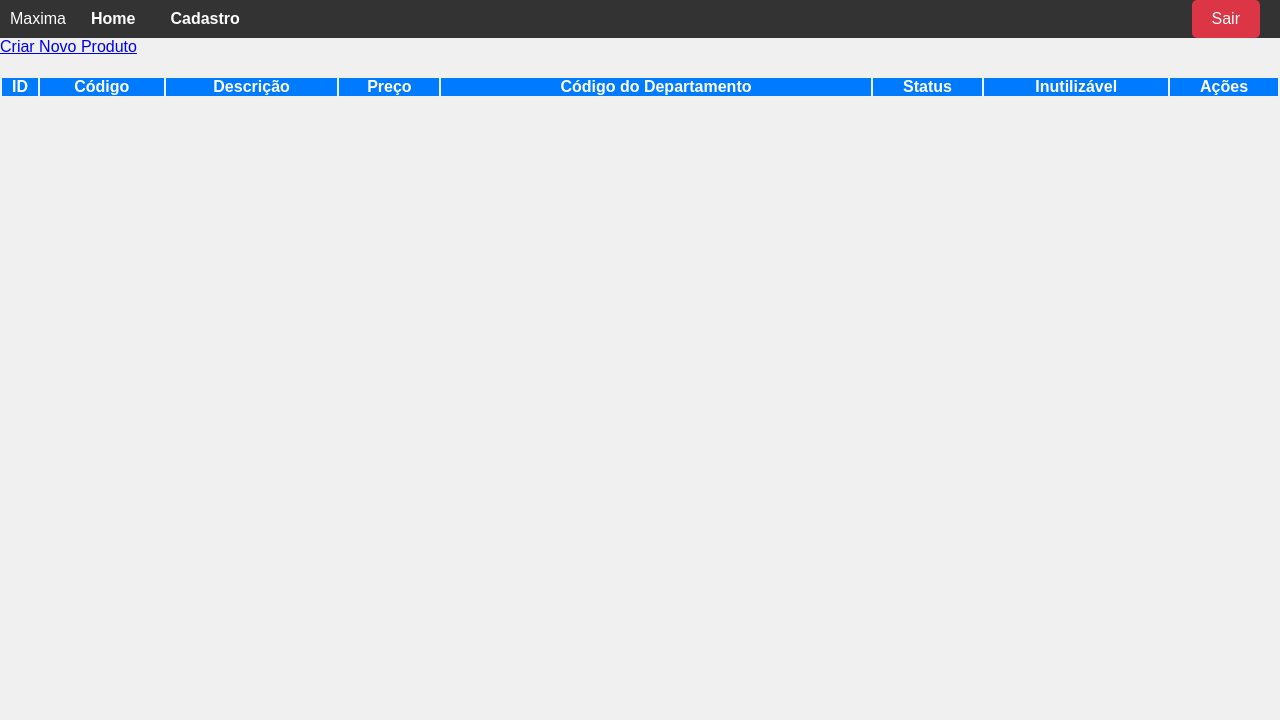
Repository: LucasMontalvao1/ProjetoMaxima
Page: /produto (app in AngularMaxima/)
These files come from the project's save history. The page is drawn as it stood at one moment and after the next save; the edit follows.
The browser window is 1280 px wide. The pictures show the whole page.
The page's requests for data from a server got no answer. The project was rebuilt for these pictures with package versions that can differ from the ones it lists, and the page was loaded fresh each time. No one was signed in, and anything a server would have sent is missing. Also part of the build but not shown: AngularMaxima/angular.json, AngularMaxima/src/app/pages/login/login.component.ts, AngularMaxima/src/app/pages/home/home.component.ts.

Above is the page before, as saved 2024-07-14 19:49:10.

### AngularMaxima/src/index.html
<!doctype html>
<html lang="en">
<head>
  <meta charset="utf-8">
  <title>AngularMaxima</title>
  <base href="/">
  <meta name="viewport" content="width=device-width, initial-scale=1">
  <link rel="icon" type="image/x-icon" href="favicon.ico">
</head>
<body>
  <app-root></app-root>
</body>
</html>

### AngularMaxima/src/styles.css
* {
  margin: 0;
  padding: 0;
  box-sizing: border-box;
}

body {
  font-family: Arial, sans-serif;
  background-color: #f0f0f0;
}

.container {
  display: flex;
  flex-direction: column;
  justify-content: space-between;
  min-height: 100vh;
}

### AngularMaxima/src/app/app.module.ts
import { NgModule } from '@angular/core';
import { BrowserModule } from '@angular/platform-browser';

import { AppRoutingModule } from './app-routing.module';
import { AppComponent } from './app.component';
import { LoginComponent } from './pages/login/login.component';
import { ReactiveFormsModule } from '@angular/forms';
import { HttpClientModule } from '@angular/common/http';
import { AuthService } from './services/auth.service';
import { HomeComponent } from './pages/home/home.component';
import { MenuComponent } from './layout/menu/menu.component';
import { FooterComponent } from './layout/footer/footer.component';
import { ProdutosComponent } from './pages/produto/produto.component';

@NgModule({
  declarations: [
    AppComponent,
    LoginComponent,
    HomeComponent,
    MenuComponent,
    FooterComponent,
    ProdutosComponent,

  ],
  imports: [
    BrowserModule,
    AppRoutingModule,
    ReactiveFormsModule,
    HttpClientModule
  ],
  providers: [AuthService],
  bootstrap: [AppComponent]
})
export class AppModule { }

### AngularMaxima/src/app/app-routing.module.ts
import { NgModule } from '@angular/core';
import { RouterModule, Routes } from '@angular/router';
import { LoginComponent } from './pages/login/login.component';
import { HomeComponent } from './pages/home/home.component';
import { ProdutosComponent } from './pages/produto/produto.component';

const routes: Routes = [
  { path: '', redirectTo: '/login', pathMatch: 'full'},
  { path: 'login', component: LoginComponent},
  { path: 'home', component: HomeComponent},
  { path: 'produto', component: ProdutosComponent},
  { path: 'home', component: HomeComponent},
];

@NgModule({
  imports: [RouterModule.forRoot(routes)],
  exports: [RouterModule]
})
export class AppRoutingModule { }

### AngularMaxima/src/app/app.component.ts
import { Component } from '@angular/core';

@Component({
  selector: 'app-root',
  templateUrl: './app.component.html',
  styleUrls: ['./app.component.css']
})
export class AppComponent {
  title = 'AngularMaxima';
}

### AngularMaxima/src/app/services/auth.service.ts
import { Injectable } from '@angular/core';
import { HttpClient } from '@angular/common/http';
import { Observable } from 'rxjs';
import { environment } from '../../../src/environments/environment';
import { Router } from '@angular/router';

@Injectable({
  providedIn: 'root'
})
export class AuthService {

  private apiUrl = environment.apiUrl;

  constructor(private http: HttpClient, private router: Router) { }

  login(username: string, password: string): Observable<any> {
    const body = { username, password };
    return this.http.post<any>(`${this.apiUrl}/login`, body, { responseType: 'text' as 'json' });
  }

    logout() {
    this.router.navigate(['/login']);
    }
}

### AngularMaxima/src/app/layout/menu/menu.component.ts
import { Component } from '@angular/core';
import { AuthService } from '../../services/auth.service';

@Component({
  selector: 'app-menu',
  templateUrl: './menu.component.html',
  styleUrls: ['./menu.component.css']
})
export class MenuComponent {

  constructor(private authService: AuthService) {}

  logout() {
    this.authService.logout();
  }
}

### AngularMaxima/src/app/pages/produto/produto.component.ts
// produtos.component.ts

import { Component, OnInit } from '@angular/core';
import { Produto } from '../../models/produto.model';
import { ProdutoService } from '../../services/produto.service';

@Component({
  selector: 'app-produtos',
  templateUrl: './produto.component.html',
  styleUrls: ['./produto.component.css']
})
export class ProdutosComponent implements OnInit {
  produtos: Produto[] = []; // Inicializando a propriedade produtos como um array vazio

  constructor(private produtoService: ProdutoService) { }

  ngOnInit(): void {
    this.loadProdutos();
  }

  loadProdutos(): void {
    this.produtoService.getAllProdutos().subscribe(
      (data: Produto[]) => {
        this.produtos = data;
      },
      (error) => {
        console.error('Erro ao carregar produtos:', error);
      }
    );
  }

  buscarProdutoPorId(id: number): void {
    this.produtoService.getProdutoById(id).subscribe(
      (produto: Produto) => {
        console.log('Produto encontrado:', produto);
        // Aqui você pode implementar lógica para lidar com o produto encontrado
      },
      (error) => {
        console.error('Erro ao buscar produto por ID:', error);
      }
    );
  }


  criarProduto(): void {
    const novoProduto: Produto = {
      codigo: 'NovoCodigo',
      descricao: 'Nova Descrição',
      preco: 0,
      departamentoCodigo: '001',
      status: 0,
      inutilizavel: 0
    };

    this.produtoService.createProduto(novoProduto).subscribe(
      (response: Produto) => {
        console.log('Produto criado com sucesso:', response);
        this.loadProdutos(); // Recarrega a lista de produtos após criar um novo
      },
      (error) => {
        console.error('Erro ao criar produto:', error);
      }
    );
  }

  editarProduto(id: number): void {
    // Implemente conforme necessário, utilizando o serviço ProdutoService
    // Exemplo de uso: this.produtoService.updateProduto(id, produto).subscribe(...)
  }

  detalhesProduto(id: number): void {
    // Implemente conforme necessário, utilizando o serviço ProdutoService
    // Exemplo de uso: this.produtoService.getProdutoById(id).subscribe(...)
  }

  excluirProduto(id: number): void {
    if (confirm('Tem certeza que deseja apagar este produto?')) {
      this.produtoService.deleteProduto(id).subscribe(
        () => {
          console.log('Produto excluído com sucesso.');
          this.loadProdutos(); // Recarrega a lista de produtos após excluir um produto
        },
        (error) => {
          console.error('Erro ao apagar produto:', error);
        }
      );
    }
  }
}

### AngularMaxima/src/environments/environment.ts
export const environment = {
  production: false,
  apiUrl: 'https://localhost:7041'
};

### AngularMaxima/src/app/layout/menu/menu.component.html
<div class="menu-container">
  <nav class="menu">
    <ul>
      <li>Maxima</li>
      <li><a routerLink="/home">Home</a></li>
      <li class="cadastro">
        <a href="#">Cadastro</a>
        <div class="submenu">
          <a routerLink="/produto">Produtos</a>
          <a routerLink="/departamento">Departamentos</a>
        </div>
      </li>
    </ul>
  </nav>

  <div class="user-actions">
    <button class="logout-button" (click)="logout()">Sair</button>
  </div>
</div>

### AngularMaxima/src/app/layout/menu/menu.component.css
/* styles.css (ou menu.component.css) */

.menu {
  background-color: #333;
  color: white;
  padding: 10px;
  display: flex;
  justify-content: space-between;
  align-items: center;
  position: relative; /* Adicionado para posicionamento absoluto do submenu */
  width: 100%;
}

.menu ul {
  list-style-type: none;
  display: flex;
}

.menu ul li {
  margin-right: 15px;
  position: relative; /* Adicionado para posicionamento absoluto do submenu */
}

.menu ul li a {
  color: white;
  text-decoration: none;
  font-weight: bold;
  padding: 10px;
  position: relative;
}

.menu ul li a:hover {
  text-decoration: underline;
}

.submenu {
  display: none;
  position: absolute;
  background-color: #333;
  padding: 10px;
  top: 100%; /* Posiciona o submenu abaixo do item de menu */
  left: 0;
  z-index: 1; /* Garante que o submenu apareça sobre outros elementos */
}

.menu ul li.cadastro:hover .submenu {
  display: block; /* Mostra o submenu quando o mouse passa sobre o item de menu */
}

.user-actions {
  margin-left: auto;
}

.logout-button {
  background-color: #dc3545;
  color: white;
  border: none;
  padding: 10px 20px;
  border-radius: 5px;
  cursor: pointer;
  font-size: 1rem;
}

.logout-button:hover {
  background-color: #c82333;
}

.header {
  position: fixed;
  top: 0;
  left: 0;
  width: 100%;
  background-color: #333;
  color: white;
  padding: 10px 20px;
  display: flex;
  justify-content: space-between;
  align-items: center;
}

.menu-container {
  display: flex;
  align-items: center; /* Ajuste para centralizar verticalmente */
}

.user-actions {
  position: absolute;
  top: 0;
  right: 20px; /* Ajuste a margem direita conforme necessário */
}

### AngularMaxima/src/app/pages/produto/produto.component.html
<app-menu></app-menu>
<p>
    <a routerLink="/produtos/create" class="btn btn-primary">Criar Novo Produto</a>
</p>

<table class="table table-striped table-hover">
    <thead>
        <tr>
            <th>ID</th>
            <th>Código</th>
            <th>Descrição</th>
            <th>Preço</th>
            <th>Código do Departamento</th>
            <th>Status</th>
            <th>Inutilizável</th>
            <th>Ações</th>
        </tr>
    </thead>
    <tbody>
        <tr *ngFor="let produto of produtos">
            <td>{{ produto.id }}</td>
            <td>{{ produto.codigo }}</td>
            <td>{{ produto.descricao }}</td>
            <td>{{ produto.preco | currency }}</td>
            <td>{{ produto.departamentoCodigo }}</td>
            <td>{{ produto.status }}</td>
            <td>{{ produto.inutilizavel }}</td>
            <td>
                <a routerLink="/produto/edit/{{ produto.id }}">Editar</a>
                <a routerLink="/produto/details/{{ produto.id }}">Detalhes</a>
                <a (click)="(produto.id)">Apagar</a>
            </td>
        </tr>
    </tbody>
</table>

### AngularMaxima/src/app/pages/produto/produto.component.css
/* produtos.component.css */

.table {
  width: 100%;
  margin-top: 20px;
}

.table th, .table td {
  text-align: center;
}

.table th {
  background-color: #007BFF;
  color: white;
}

.table td {
  background-color: #f8f9fa;
}

.table a {
  margin-right: 10px;
  color: #007BFF;
  cursor: pointer;
}

### AngularMaxima/src/app/services/produto.service.ts
import { Injectable } from '@angular/core';
import { HttpClient } from '@angular/common/http';
import { Observable } from 'rxjs';
import { environment } from '../../../src/environments/environment';
import { Router } from '@angular/router';
import { Produto } from '../models/produto.model';

@Injectable({
  providedIn: 'root'
})
export class ProdutoService {

  private apiUrl = environment.apiUrl;

  constructor(private http: HttpClient, private router: Router) { }

  getAllProdutos(): Observable<Produto[]> {
    return this.http.get<Produto[]>(`${this.apiUrl}/produtos`);
  }

  getProdutoById(id: number): Observable<Produto> {
    return this.http.get<Produto>(`${this.apiUrl}/produtos/${id}`);
  }

  createProduto(produto: Produto): Observable<Produto> {
    return this.http.post<Produto>(`${this.apiUrl}/produtos`, produto);
  }

  updateProduto(id: number, produto: Produto): Observable<Produto> {
    return this.http.put<Produto>(`${this.apiUrl}/produtos/${id}`, produto);
  }

  deleteProduto(id: number): Observable<any> {
    return this.http.delete<any>(`${this.apiUrl}/produtos/${id}`);
  }
}

### AngularMaxima/src/app/layout/footer/footer.component.html
<footer class="footer">
  <p>&copy; 2024 Lucas Montalvão. Todos os direitos reservados.</p>
</footer>

### AngularMaxima/src/app/layout/footer/footer.component.css
.footer {
  background-color: #333;
  color: white;
  text-align: center;
  padding: 10px 0;
  width: 100%;
  position: fixed;
  bottom: 0;
  left: 0;
  z-index: 1000; /* Ajuste conforme necessário */
}

Loaded but not shown: AngularMaxima/src/main.ts (common file); AngularMaxima/src/app/app.component.html (common file); AngularMaxima/src/app/layout/footer/footer.component.ts (common file); AngularMaxima/src/app/app.component.css (no stored copy; drawn as an empty file)

After the next save:
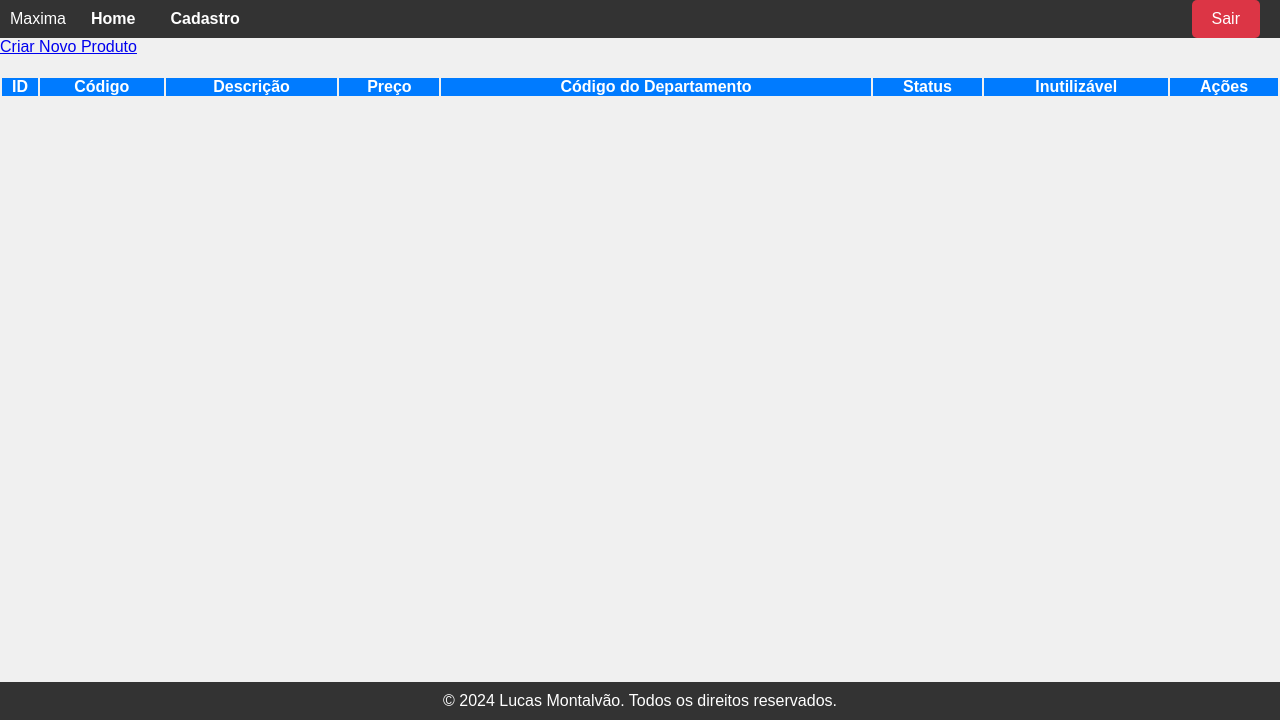
Saved 4 s later.
--- a/AngularMaxima/src/app/pages/produto/produto.component.html
+++ b/AngularMaxima/src/app/pages/produto/produto.component.html
@@ -33,3 +33,4 @@
         </tr>
     </tbody>
 </table>
+<app-footer></app-footer>
